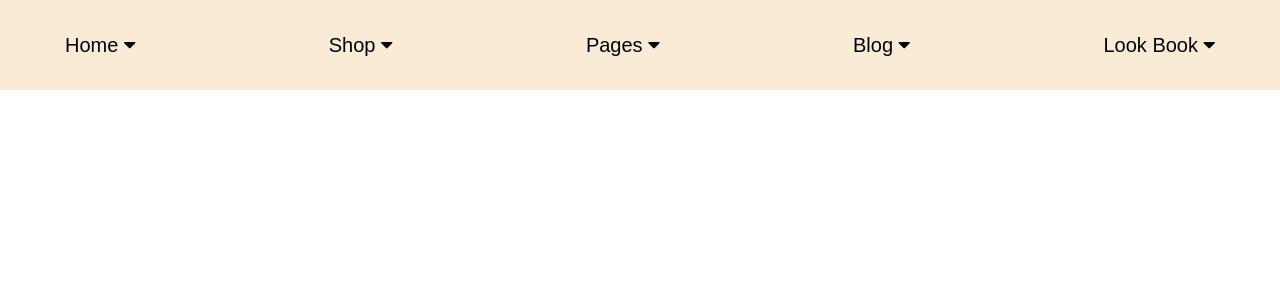
Repository: MorgunovaAlexandra/beauti
Page: index.html
The author's editor kept a copy of each file at every save. The page is drawn from the files as they stood at one save, then again after a run of saves.
The browser window is 1280 px wide. The pictures show the whole page.

Above is the page before, as saved 2022-08-24 13:42:10.

### index.html
<!DOCTYPE html>
<html lang="en">
<head>
    <meta charset="UTF-8">
    <meta http-equiv="X-UA-Compatible" content="IE=edge">
    <meta name="viewport" content="width=device-width, initial-scale=1.0">
    <link rel="stylesheet" href="./style.css">
    <link rel="stylesheet" href="https://cdnjs.cloudflare.com/ajax/libs/font-awesome/4.7.0/css/font-awesome.min.css">
    <title>Document</title>
</head>
<body>
    <div class="wrapper">
        <header class="header">
            <div class="header-container _container">
            <nav class="header-nav">
                <div class="dropdown">
                    <button class="dropbtn">Home
                      <i class="fa fa-caret-down faa"></i>
                    </button>
                    <div class="dropdown-content">
                      <a href="#">Link 1</a>
                      <a href="#">Link 2</a>
                      <a href="#">Link 3</a>
                    </div>
                  </div>
                  <div class="dropdown">
                    <button class="dropbtn">Shop
                      <i class="fa fa-caret-down faa"></i>
                    </button>
                    <div class="dropdown-content">
                      <a href="#">Link 1</a>
                      <a href="#">Link 2</a>
                      <a href="#">Link 3</a>
                      <a href="#">Link 1</a>
                      <a href="#">Link 2</a>
                      <a href="#">Link 3</a>
                    </div>
                  </div>
                  <div class="dropdown">
                    <button class="dropbtn">Pages
                      <i class="fa fa-caret-down faa"></i>
                    </button>
                    <div class="dropdown-content">
                      <a href="#">Link 1</a>
                      <a href="#">Link 2</a>
                      <a href="#">Link 3</a>
                    </div>
                  </div>
                  <div class="dropdown">
                    <button class="dropbtn">Blog
                      <i class="fa fa-caret-down faa"></i>
                    </button>
                    <div class="dropdown-content">
                      <a href="#">Link 1</a>
                      <a href="#">Link 2</a>
                      <a href="#">Link 3</a>
                    </div>
                  </div>
                  <div class="dropdown">
                    <button class="dropbtn">Look Book
                      <i class="fa fa-caret-down faa"></i>
                    </button>
                    <div class="dropdown-content">
                      <a href="#">Link 1</a>
                      <a href="#">Link 2</a>
                      <a href="#">Link 3</a>
                    </div>
                  </div>
            </nav>
            </div>
        </header>
    </div>
</body>
</html>

### style.css
* {
	margin: 0;
	padding: 0;
	border: 0;
	box-sizing: border-box;
}
:before,:after{
	padding: 0;
	margin: 0;
	border: 0;
	box-sizing: border-box;
}
html,body{
	height: 100%;
    font-family: 'SofiaProRegular';
	font-size: 18px;
	font-weight: 400;
}

.wrapper{
	width: 100%;
	overflow: hidden;

}
._container{
	max-width: 1170px;
	margin: 0px auto;
	padding: 0px 10px;
}
._container{
	max-width: 1170px;
	margin: 0px auto;
	padding: 0px 10px;
}
/*--------------------------*/
.header {
	font-family: 'TTCommons-Medium';
	position: absolute;/*---------изменено-----------------*/
	width: 100%;
	top: 0;
	left: 0;
	z-index: 50;
	font-size: 17px;
    height: 90px;
    background-color: antiquewhite;

}
.menu-list{
    display: flex;
    justify-content: center;
    align-items: center;
    height: 90px;

}

a{
   position: relative;
    text-decoration: none;
    color:rgb(37, 37, 37);
    margin-left: 40px;
}
.header-nav{
    display: flex;
    justify-content: space-between;
    align-items: center;
    height: 90px;
}
.faa:hover{
    animation: move .3s ease-in;
    transform: rotate(180deg) scaleX(-1);
}
@keyframes move {
    from {
        transform: rotate(0deg) scaleX(-1);

    }
    50% {transform: rotate(90deg) scaleX(-1);}
    to {
        transform: rotate(180deg) scaleX(-1);
    }
  }
.dropbtn{
    font-size: 20px;
    background-color: rgb(156, 153, 153,0) ;
}
.dropdown-content{
    display: none;
    position: absolute;
    background-color: #f9f9f9;
    min-width: 160px;
    z-index: 1;
}
.dropdown-content a {
    float: none;
    color: rgb(156, 153, 153);
    padding: 12px 16px;
    text-decoration: none;
    display: block;
    text-align: left;
}
.dropdown-content a:hover {
    color: rgb(67, 66, 66);
}

.dropdown:hover .dropdown-content {
    display: block;
}

After the next 2 saves:
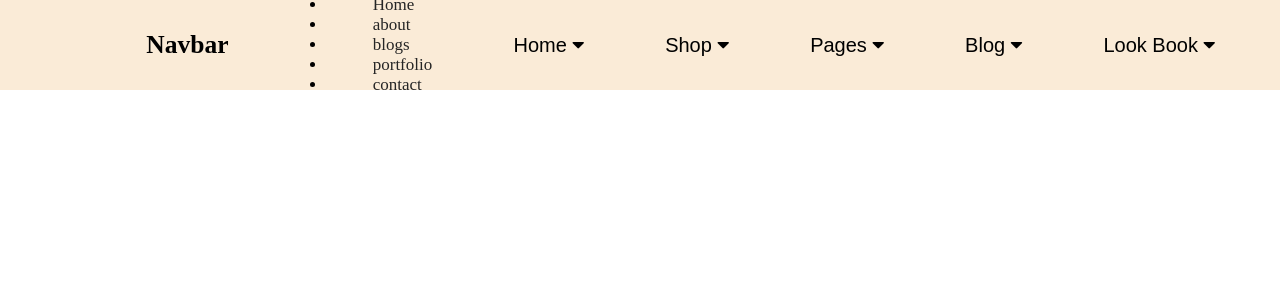
The 2 saves are shown as one change because they came seconds apart.
The last was saved 7 min 59 s later.
--- a/index.html
+++ b/index.html
@@ -13,6 +13,21 @@
         <header class="header">
             <div class="header-container _container">
             <nav class="header-nav">
+                <div class="hamburger-lines">
+                    <span class="line line1"></span>
+                    <span class="line line2"></span>
+                    <span class="line line3"></span>
+                  </div>
+                <div class="logo">
+                  <h1>Navbar</h1>
+                </div>
+                <div class="menu-items">
+                  <li><a href="#">Home</a></li>
+                  <li><a href="#">about</a></li>
+                  <li><a href="#">blogs</a></li>
+                  <li><a href="#">portfolio</a></li>
+                  <li><a href="#">contact</a></li>
+                </div>
                 <div class="dropdown">
                     <button class="dropbtn">Home
                       <i class="fa fa-caret-down faa"></i>
